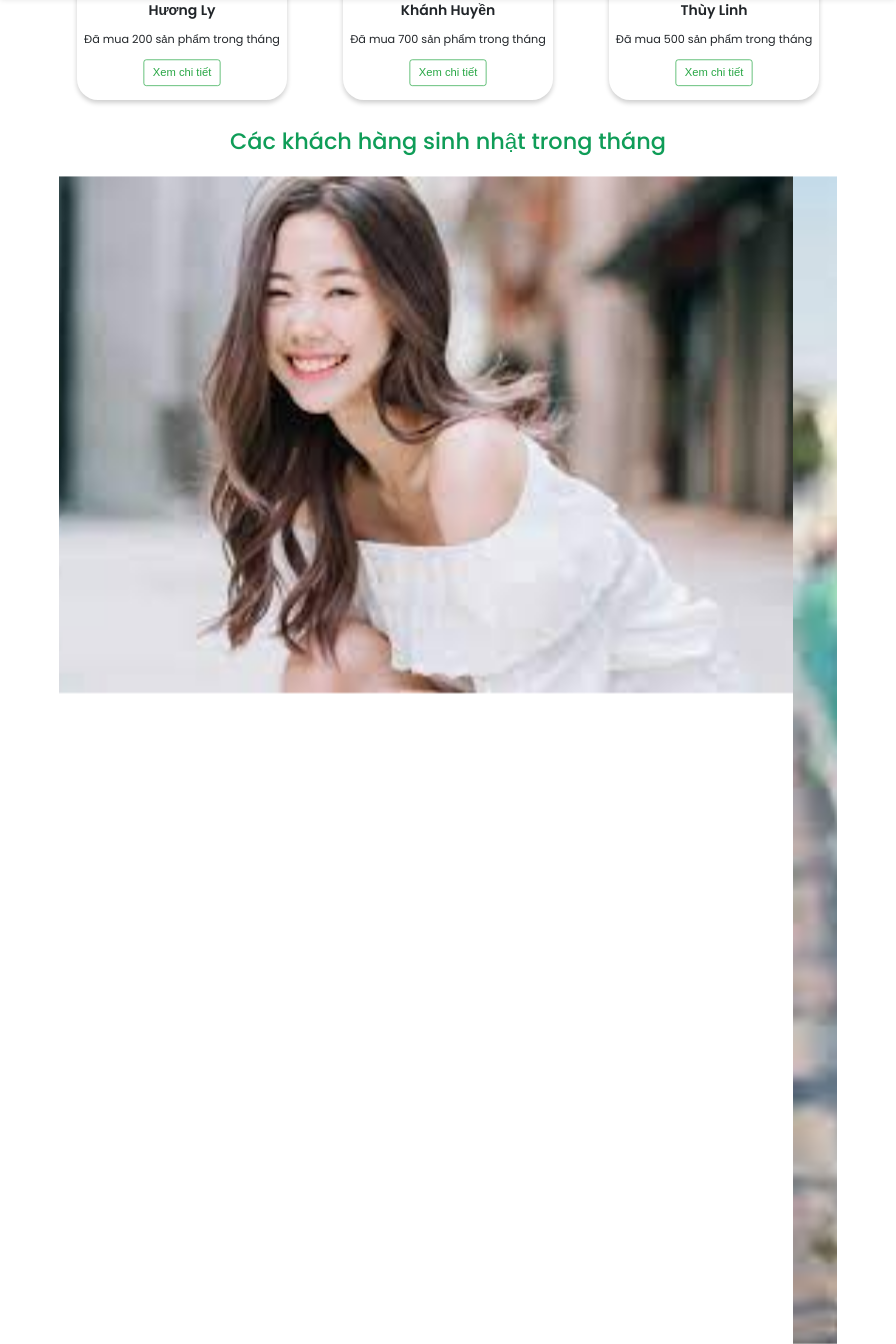
Repository: huutien1904/bt2-ltw
Page: index.html
These files come from the project's save history. The page is drawn as it stood at one moment and after the next save; the edit follows.
The browser window is 1280 px wide. The pictures show the part of the page from y = 1447 to 3367 px (the page is 3367 px tall), at 70% of full size.

Above is the page before, as saved 2021-11-04 09:28:31.

After the next save:
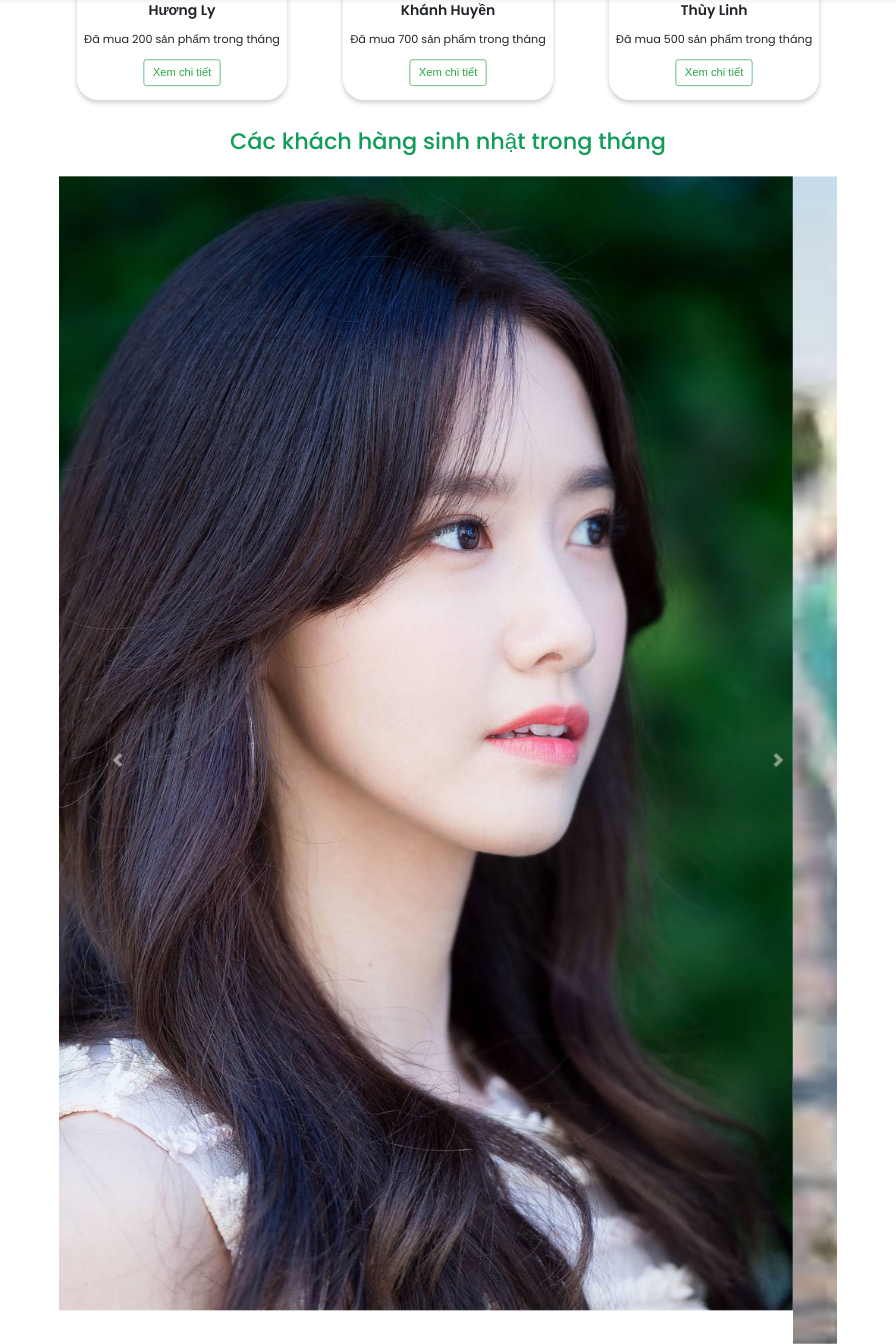
Saved 2 min 36 s later.
--- a/index.html
+++ b/index.html
@@ -149,7 +149,7 @@
             </ol>
             <div class="carousel-inner">
               <div class="carousel-item active">
-                <img class="d-block w-100" src="./img/tải xuống (5).jpg" alt="First slide">
+                <img class="d-block w-100" src="./img/anh-nguoi-dep-yoona-han-quoc.jpg" alt="First slide">
               </div>
               <div class="carousel-item">
                 <img class="d-block w-100" src="./img/tải xuống (2).jpg" alt="Second slide">
